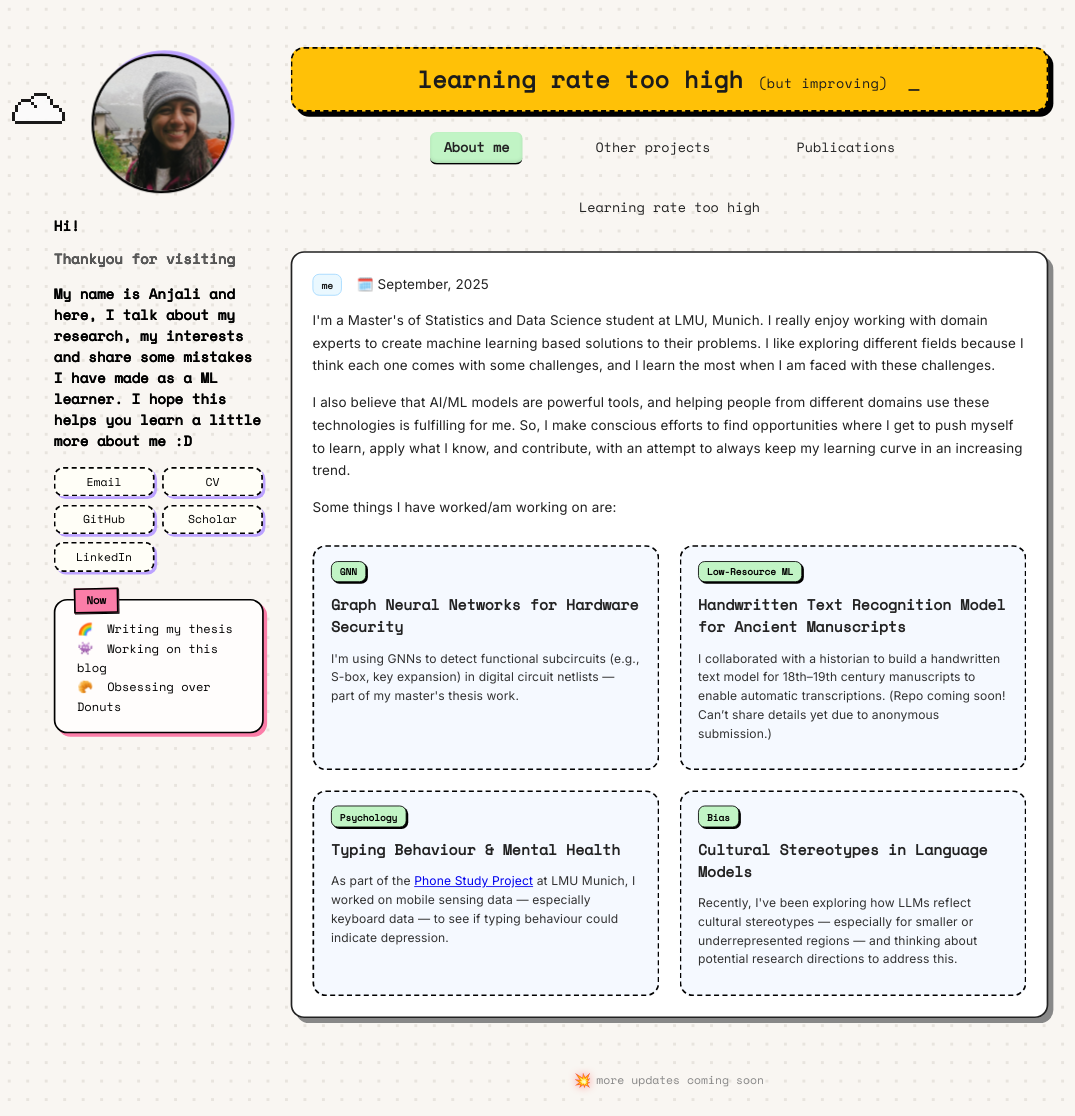
Repository: anjalisarawgi/learning_rate_too_high
Page: index.html
The author's editor kept a copy of each file at every save. The page is drawn from the files as they stood at one save, then again after the next save.
The browser window is 1280 px wide. The pictures show the whole page, at 84% of full size.

Above is the page before, as saved 2025-11-04 16:50:49.

After the next save:
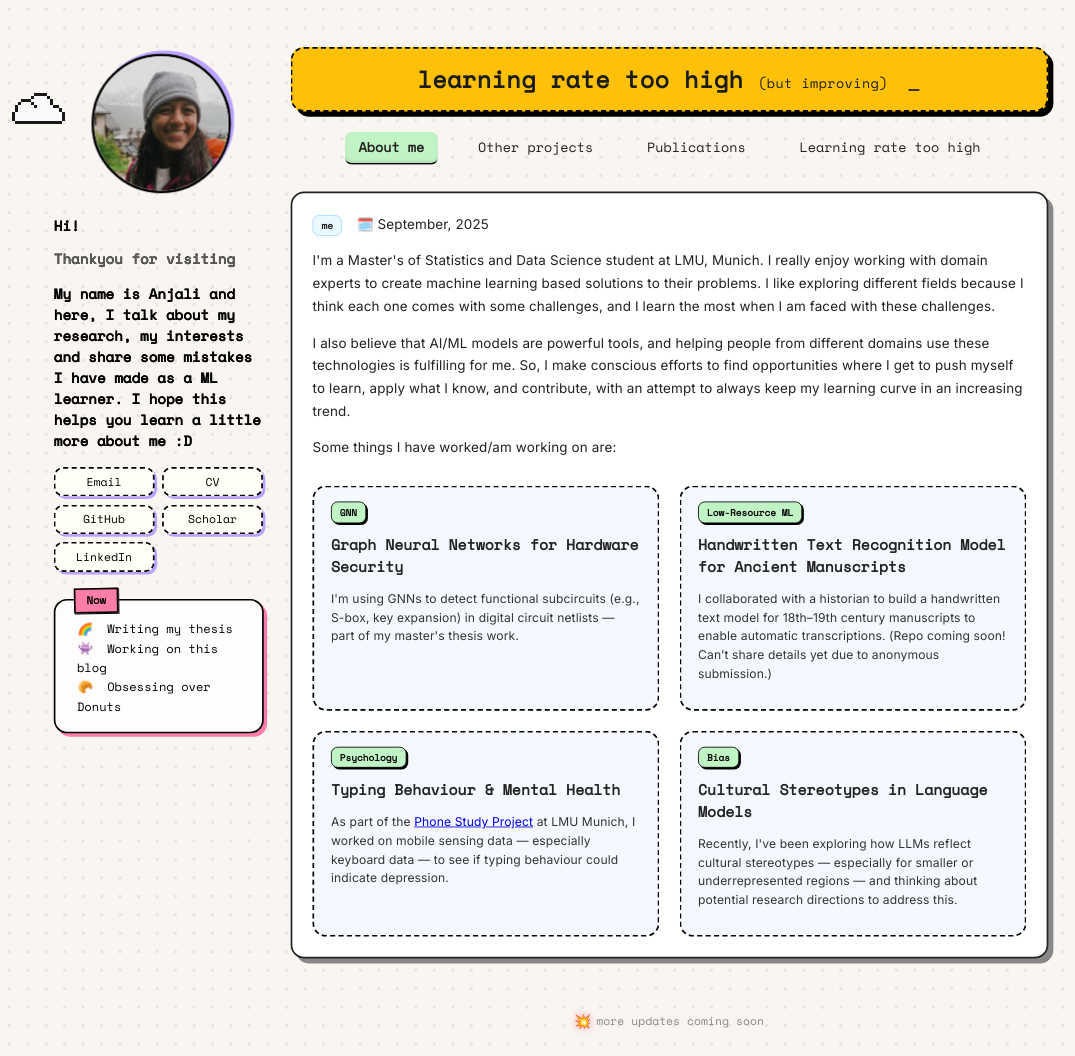
Saved 61 s later.
--- a/index.html
+++ b/index.html
@@ -64,7 +64,7 @@
     }
 
     nav a {
-  margin: 0 1.2rem;
+  /* margin: 0 1.2rem; */
   padding: 0.4rem 1rem;
   border-bottom: 2px solid transparent;
   font-family: 'Space Mono', monospace;
